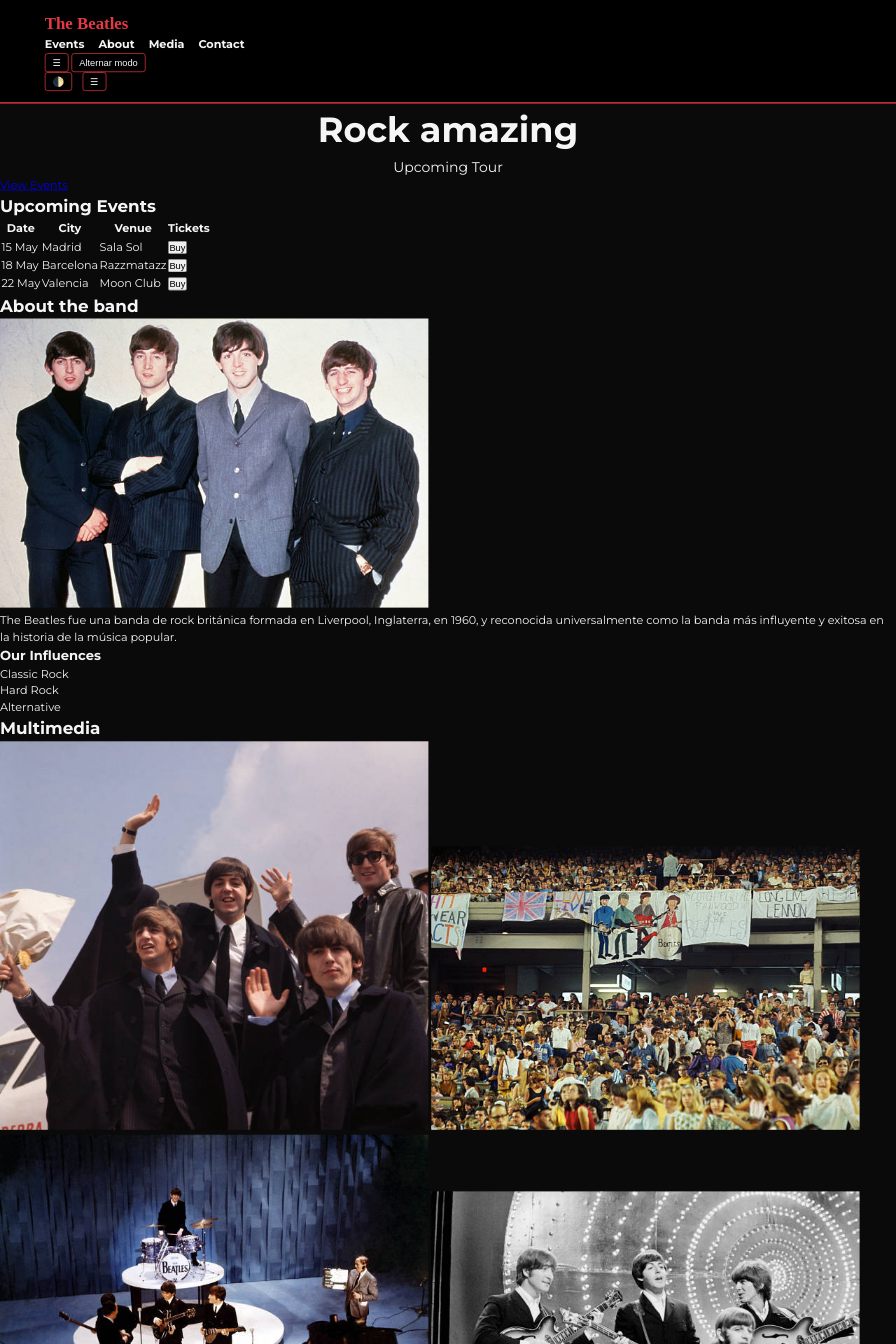
Repository: keiner-dev/Prueba_Desempe-o
Page: index.html
An editor plug-in stored every save of this project. The page is shown before and after a run of saves, followed by the edit.
The browser window is 1280 px wide. The pictures show the part of the page from y = 0 to 1920 px (the page is 2628 px tall), at 70% of full size.
Some web fonts or font styles are not loaded; a fallback is used.

Above is the page before, as saved 2026-04-27 14:24:33.

After the next 4 saves:
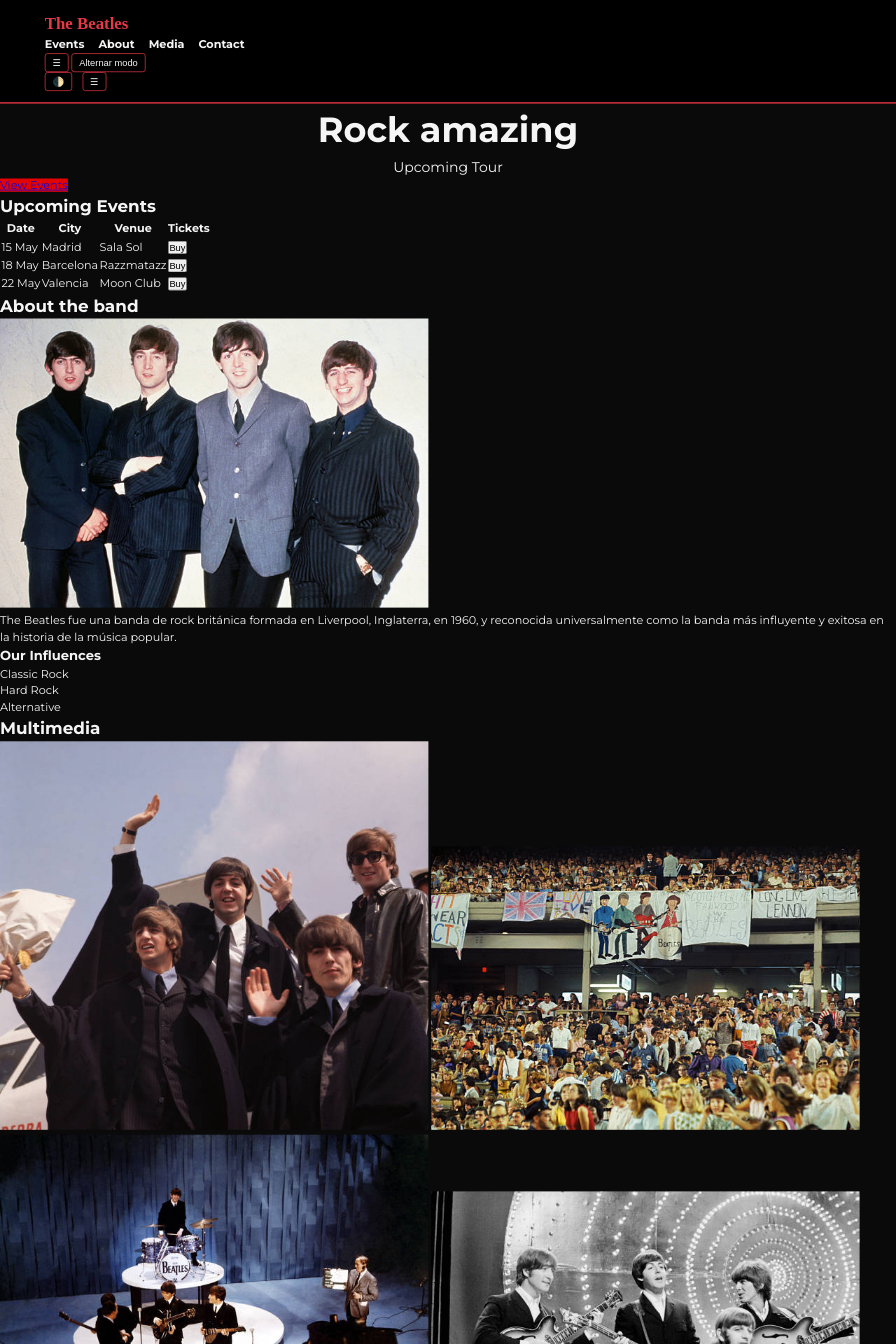
The 4 saves are shown as one change because they came seconds apart.
The last was saved 10 s later.
--- a/styles.css
+++ b/styles.css
@@ -88,4 +88,6 @@
     text-align: center;
 }
 
-.hero_overlay
+.hero_overlay a {
+    background-color: #e20303;
+}
